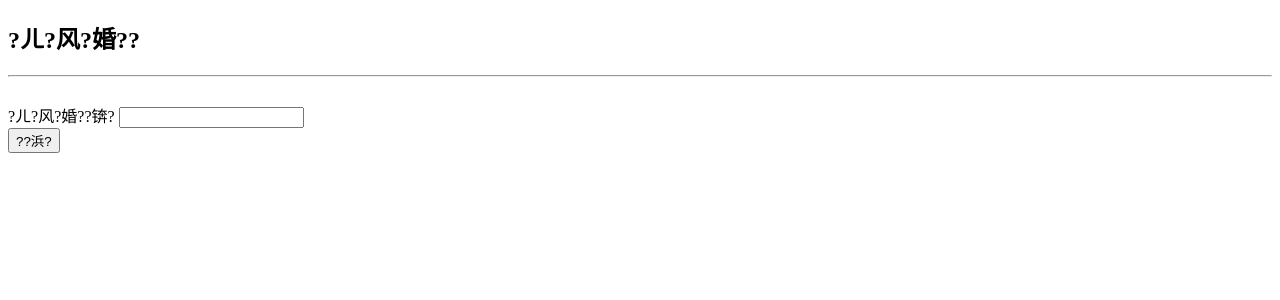
Repository: Lansefanggezi/JavaWeb
Page: http://localhost/Listener/Login.jsp
The author's editor kept a copy of each file at every save. The page is drawn from the files as they stood at one save, then again after a run of saves.
The browser window is 1280 px wide. The pictures show the whole page.
The page is served by Tomcat 9.

Above is the page before, as saved 2018-04-01 09:00:41.

After the next 2 saves:
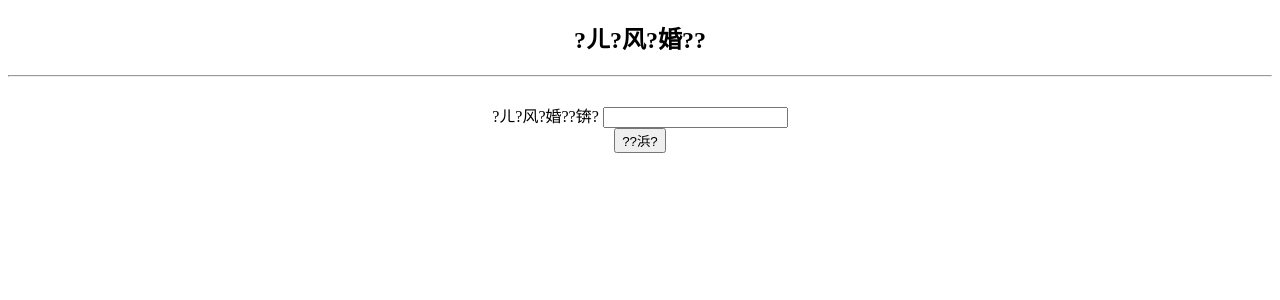
The 2 saves are shown as one change because they came seconds apart.
The last was saved 26 s later.
--- a/Listener/WebContent/Login.jsp
+++ b/Listener/WebContent/Login.jsp
@@ -8,13 +8,15 @@
 </head>
 <body>
 	<form action="loginDo" method="post">
-		<h2>用户登陆</h2>
-		<hr>
-		<br>
-		<label>用户登陆：</label>
-		<input type="text" name="userName">
-		<br>
-		<input type="submit" value="提交">
+		<center>
+			<h2>用户登陆</h2>
+			<hr>
+			<br>
+			<label>用户登陆：</label>
+			<input type="text" name="userName">
+			<br>
+			<input type="submit" value="提交">
+		</center>
 	</form>
 </body>
 </html>
